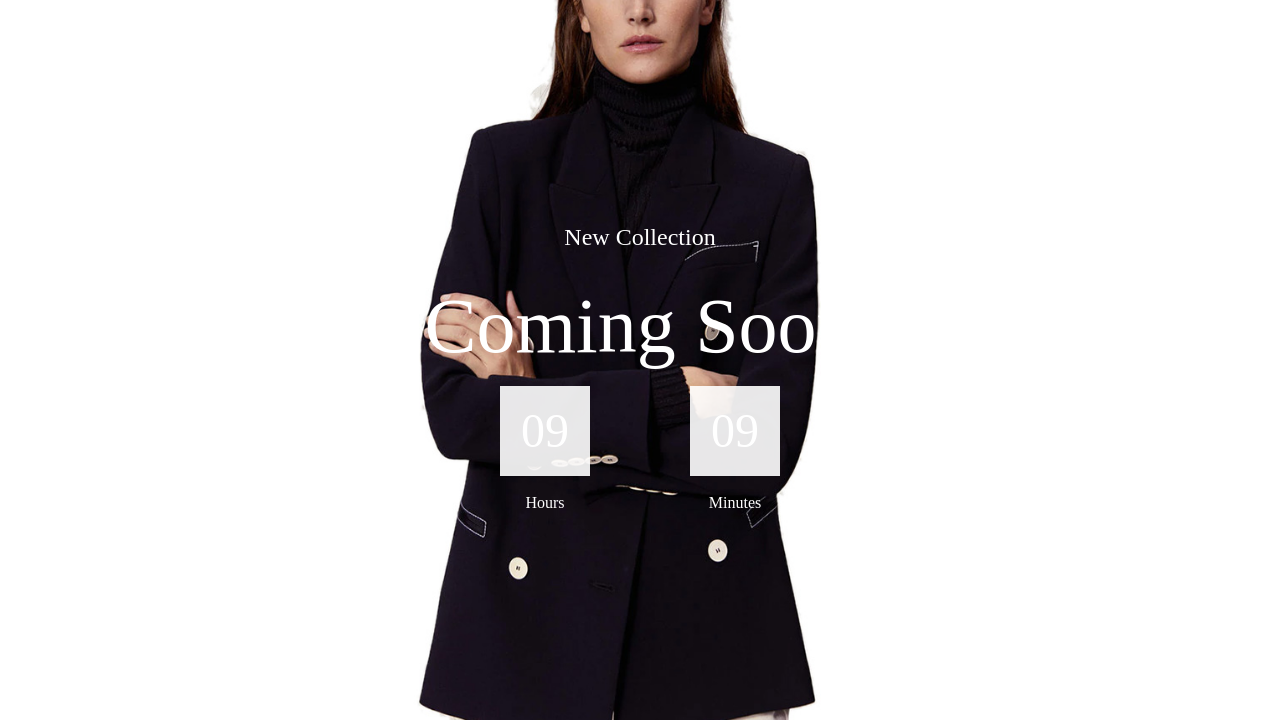
Repository: ST-United-Internship/Modaz-4life
Page: comingsoon&FAQ/coming-soon.html
These files come from the project's save history. The page is drawn as it stood at one moment and after a run of saves; the edit follows.
The browser window is 1280 px wide. The pictures show the whole page.

Above is the page before, as saved 2023-03-21 14:52:38.

After the next 3 saves:
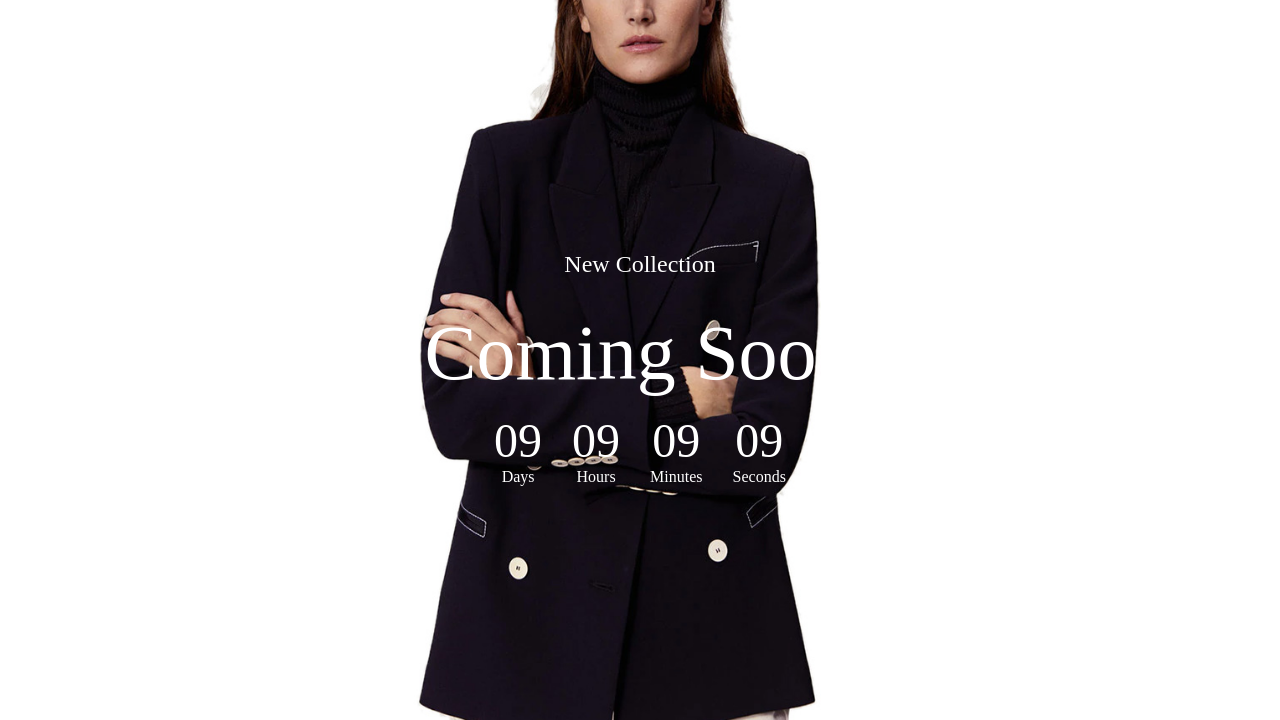
The 3 saves are shown as one change because they came seconds apart.
The last was saved 41 s later.
--- a/comingsoon&FAQ/css/layout.css
+++ b/comingsoon&FAQ/css/layout.css
@@ -88,14 +88,14 @@ body .container{
 
 .time .number{
     font-size: 48px;
-    line-height: 90px;
     font-weight: 500;
+    /* line-height: 90px;
     color: #333;
     width: 90px;
     height: 90px;
     background: rgba(255,255,255,.9);
     text-align: center;
-    margin: 0 35px 18px;
+    margin: 0 35px 18px; */
     text-transform: capitalize;
 }
 
